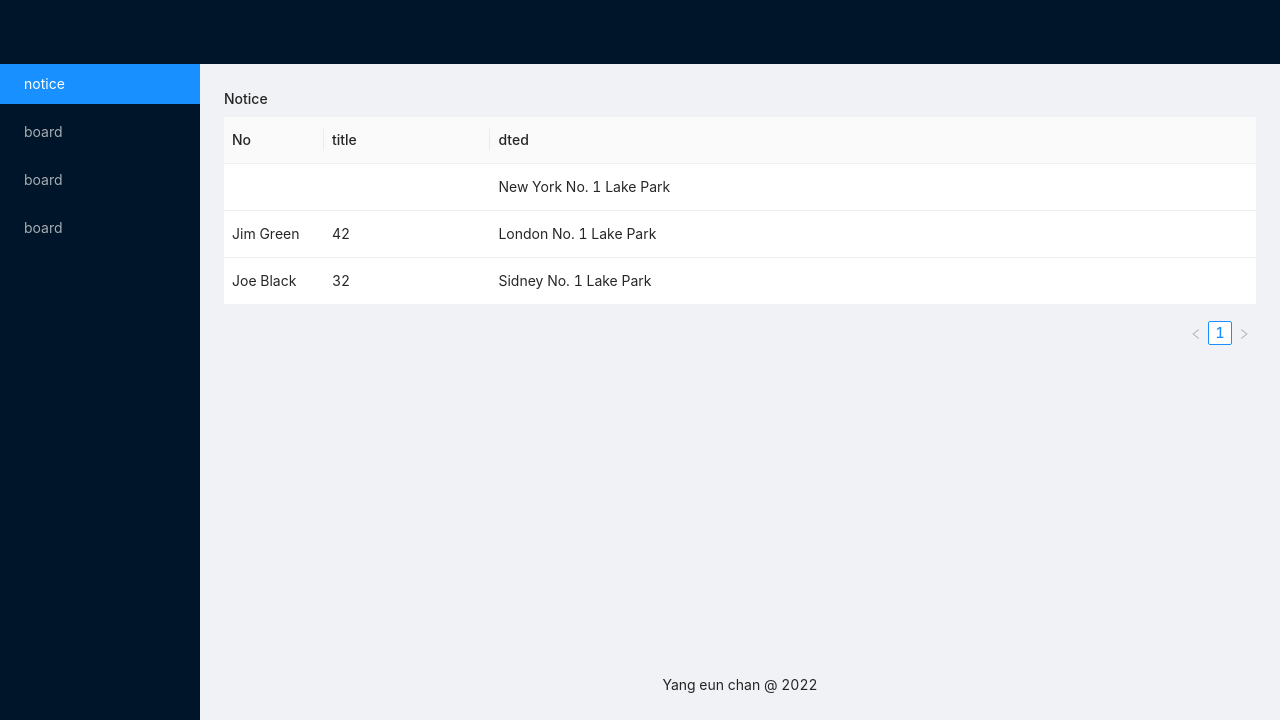
Repository: yangddoddi/community_react
Page: /
These files come from the project's save history. The page is drawn as it stood at one moment and after the next save; the edit follows.
The browser window is 1280 px wide. The pictures show the whole page.
The project was rebuilt for these pictures with package versions that can differ from the ones it lists, and the page was loaded fresh each time.

Above is the page before, as saved 2022-08-17 03:17:37.

After the next save:
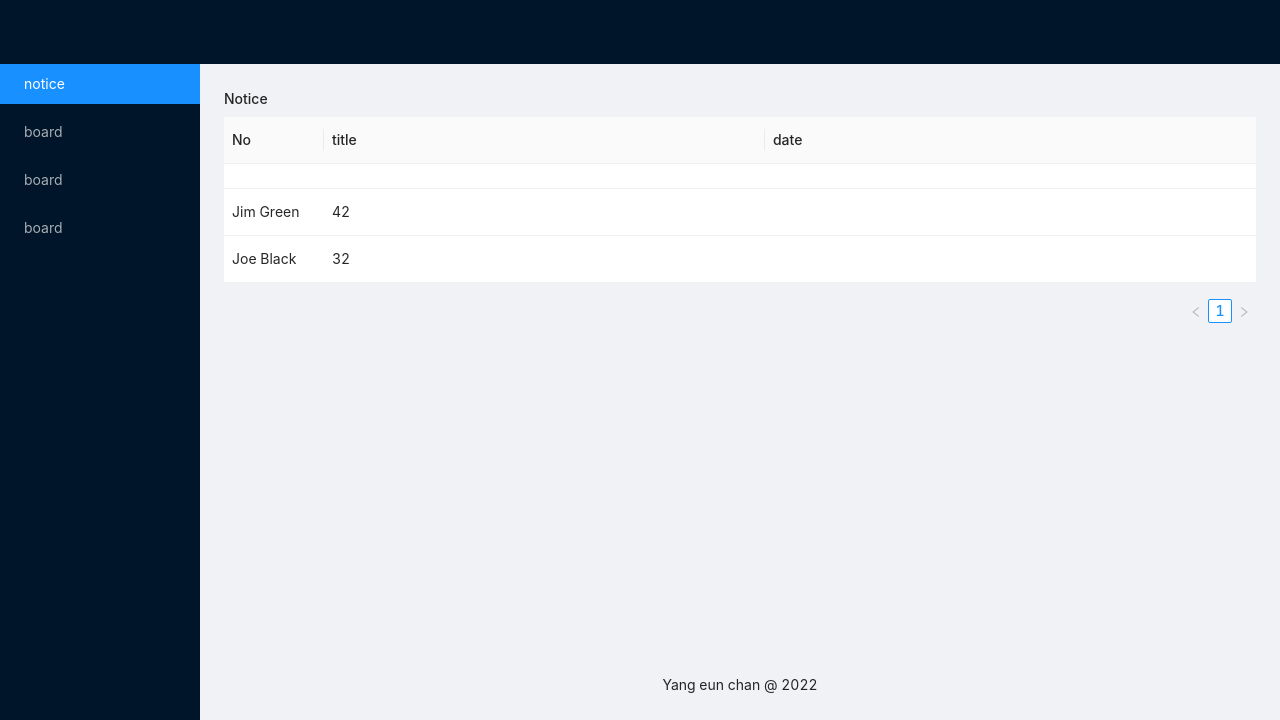
Saved 5 s later.
--- a/src/pages/Posts.js
+++ b/src/pages/Posts.js
@@ -13,8 +13,8 @@ const columns = [
     dataIndex: "age",
   },
   {
-    title: "dted",
-    dataIndex: "address",
+    title: "date",
+    dataIndex: "date",
   },
 ];
 const data = [
